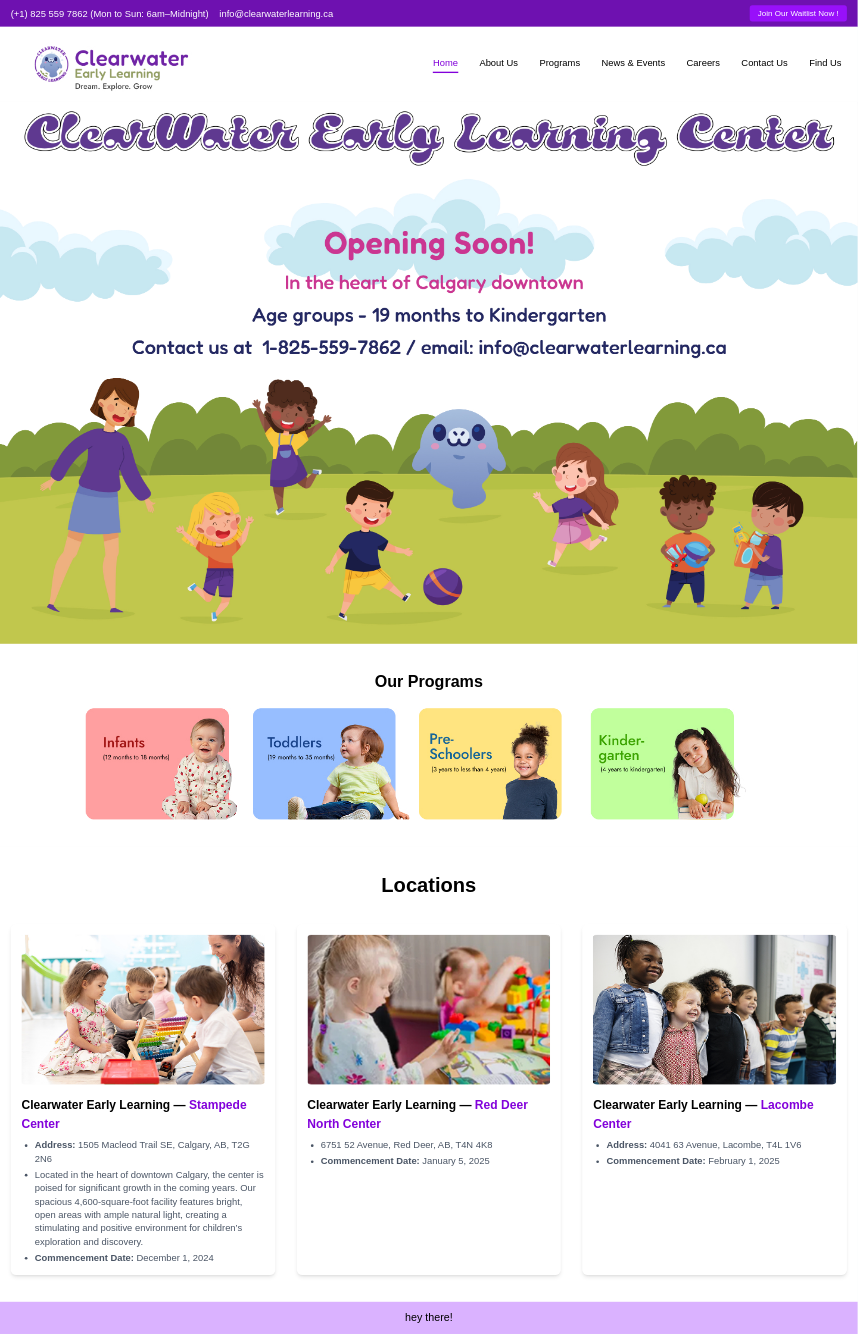
Repository: harshikabodekar/Daycare-Site
Page: /
An editor plug-in stored every save of this project. The page is shown before and after the next save, followed by the edit.
The browser window is 1280 px wide. The pictures show the whole page, at 67% of full size.
The project was rebuilt for these pictures with package versions that can differ from the ones it lists, and the page was loaded fresh each time. The framework's server and built-in components were replaced by stand-ins that run in the browser. Also part of the build but not shown: next.config.mjs.

Above is the page before, as saved 2025-06-23 12:04:47.

After the next save:
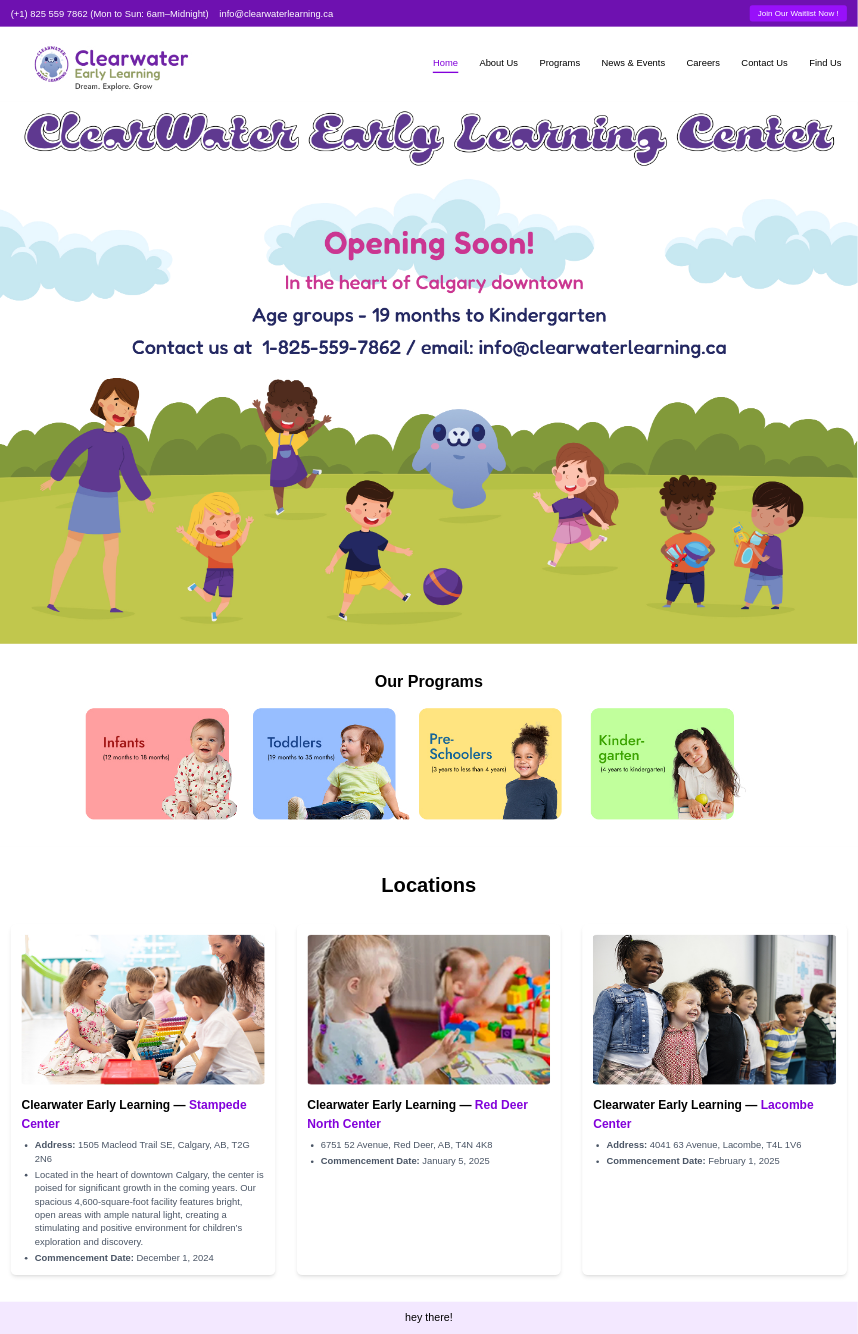
Saved 35 s later.
--- a/components/home/Footer.jsx
+++ b/components/home/Footer.jsx
@@ -1,7 +1,7 @@
 import Image from "next/image";
 export default function Footer(){
     return(
-<div className="bg-purple-300 text-black w-full h-12 flex items-center justify-center">
+<div className="bg-purple-100 text-black w-full h-12 flex items-center justify-center">
     hey there!
 
 </div>
